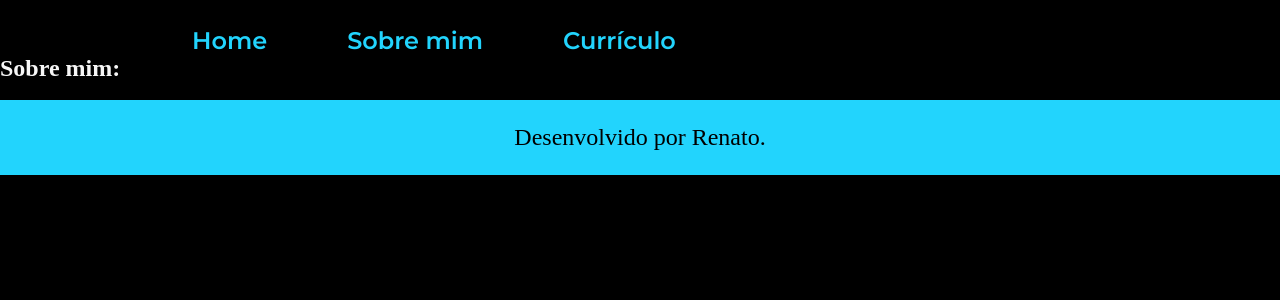
Repository: RenatoCCS/Portfolio_Alura
Page: about.html
An editor plug-in stored every save of this project. The page is shown before and after the next save, followed by the edit.
The browser window is 1280 px wide. The pictures show the whole page.

Above is the page before, as saved 2023-03-06 20:36:23.

After the next save:
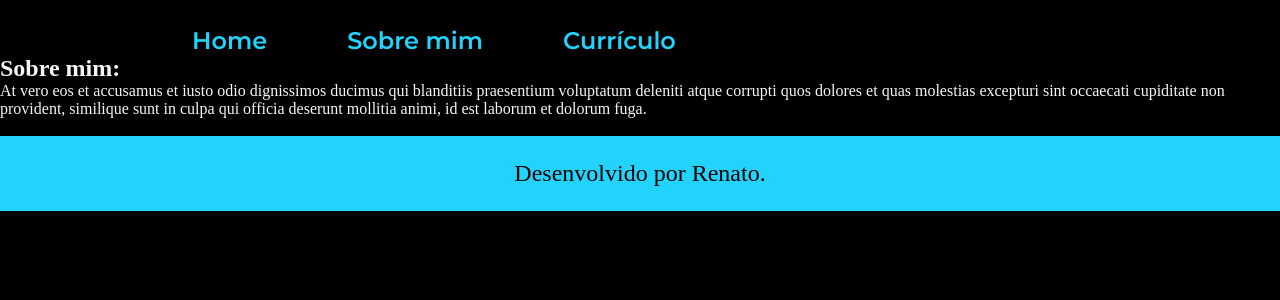
Saved 2 min 4 s later.
--- a/about.html
+++ b/about.html
@@ -20,6 +20,14 @@
     <main>
       <section>
         <h1>Sobre mim:</h1>
+        <p>
+          At vero eos et accusamus et iusto odio dignissimos ducimus qui
+          blanditiis praesentium voluptatum deleniti atque corrupti quos dolores
+          et quas molestias excepturi sint occaecati cupiditate non provident,
+          similique sunt in culpa qui officia deserunt mollitia animi, id est
+          laborum et dolorum fuga.
+        </p>
+        <p></p>
       </section>
       <img src="" alt="" />
     </main>
